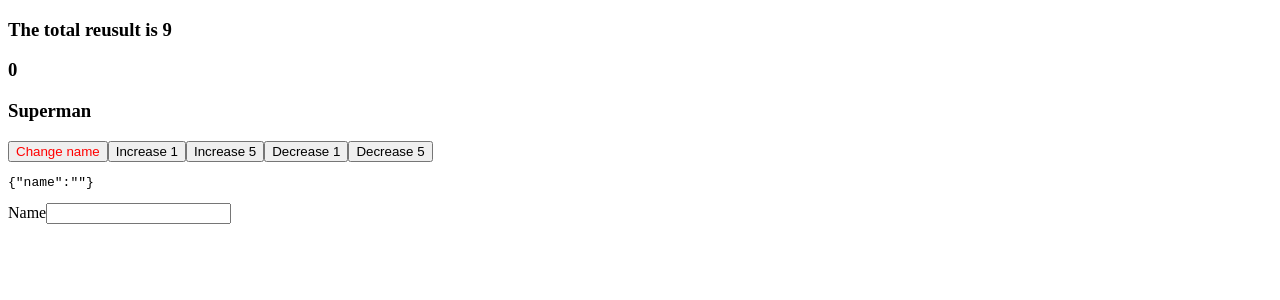
Repository: KZH2001/Vue_Practice
Page: / (app in Tutorial/)
An editor plug-in stored every save of this project. The page is shown before and after a run of saves, followed by the edit.
The browser window is 1280 px wide. The pictures show the whole page.
The project was rebuilt for these pictures with package versions that can differ from the ones it lists, and the page was loaded fresh each time. Also part of the build but not shown: Tutorial/vite.config.js.

Above is the page before, as saved 2026-01-19 22:31:54.

### Tutorial/src/App.vue


  <template>
  <h3>The total reusult is {{ add(2,3,4) }}</h3>
  <h3>{{ number  }}</h3>

  <h3>{{ name }}</h3>
  <button  v-bind:style="{color:color}" v-on:click="name = 'Batman'">Change name</button>
  <button @click="increaseNumber(1)">Increase 1</button>
  <button @click="increaseNumber(5)">Increase 5</button>
  <button @click="decreaseNumber(1)">Decrease 1</button>
  <button @click="decreaseNumber(5)">Decrease 5</button>

  <pre>{{ JSON.stringify(formValues, 22) }}</pre>


  <form action="">
    <label for="name">Name</label>
    <input v-model="formValues.name" id="name" type="text">
  </form>
  </template>

  <style scoped>

  </style>

  <script >
    export default{


      data(){
        return{
          name: 'Superman',
          color: 'red',
          number: 0,
          formValues: {
            name: ''
          }
        }
      },
      methods: {
      add(a,b,c){
        return a+b+c
      },

      increaseNumber(num){
        this.number += num
      },

      decreaseNumber(num){
        this.number -= num
      }

    }

  }

  </script>

Loaded but not shown: Tutorial/index.html (common file); Tutorial/src/main.js (common file)

After the next 3 saves:
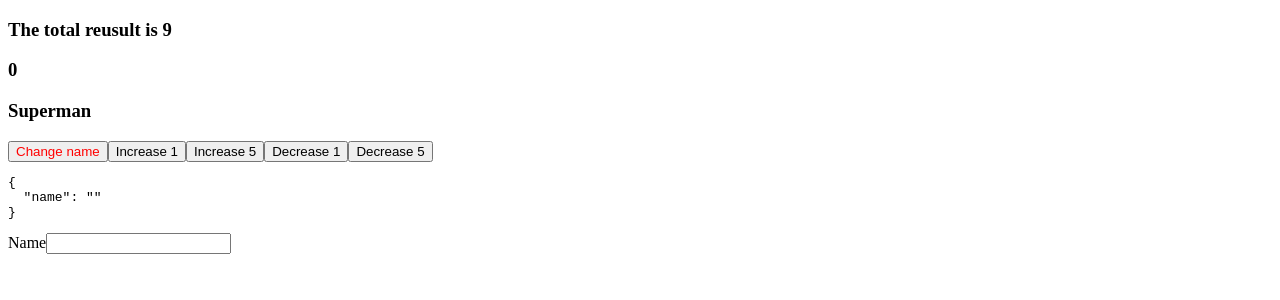
The 3 saves are shown as one change because they came seconds apart.
The last was saved 18 s later.
--- a/Tutorial/src/App.vue
+++ b/Tutorial/src/App.vue
@@ -11,7 +11,7 @@
   <button @click="decreaseNumber(1)">Decrease 1</button>
   <button @click="decreaseNumber(5)">Decrease 5</button>
 
-  <pre>{{ JSON.stringify(formValues, 22) }}</pre>
+  <pre>{{ JSON.stringify(formValues, null, 2) }}</pre>
 
 
   <form action="">
